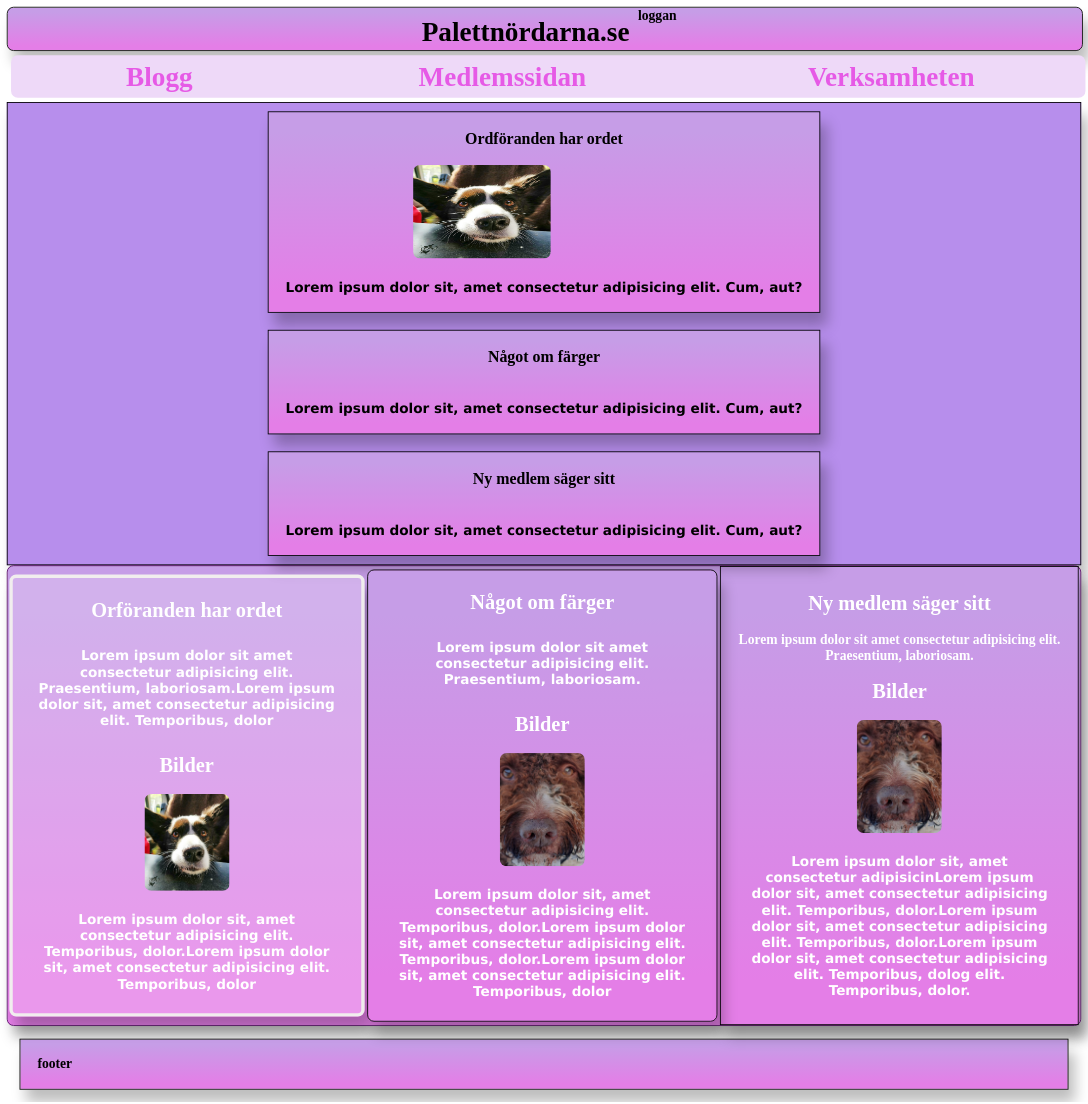
Repository: Webutveckling-20-21/lektion-3-CSS
Page: index.html
The author's editor kept a copy of each file at every save. The page is drawn from the files as they stood at one save, then again after the next save.
The browser window is 1280 px wide. The pictures show the whole page, at 85% of full size.
Some web fonts or font styles are not loaded; a fallback is used.

Above is the page before, as saved 2021-10-02 16:14:46.

### index.html
<!DOCTYPE html>
<html lang="en">

<head>
    <meta charset="UTF-8">
    <meta http-equiv="X-UA-Compatible" content="IE=edge">
    <meta name="viewport" content="width=device-width, initial-scale=1.0">
    <link rel="stylesheet" href="style.css">
    <title>lektion 3</title>
</head>

<body>
    <div class="header">
       <h1>Palettnördarna.se</h1>
       <div class="logo">
           loggan
       </div>

    </div>

    <ul class="navbar">

            <li class="nav-list"> <a href="index.html">Blogg</a></li>
            <li><a href="#">Medlemssidan</a></li>
            <li><a href="#">Verksamheten</a></li>

        </ul>

    <div class="main-center">

        <div class="article1">
            <h3>Ordföranden har ordet</h3>
            <img src="images/ord.jpg" class="thumbnail" height="110" width="110" alt="Bild på ordföranden">
            <p>Lorem ipsum dolor sit, amet consectetur adipisicing elit. Cum, aut?</p>
        </div>
        <div class="article2">
            <h3>Något om färger</h3>
            <p>Lorem ipsum dolor sit, amet consectetur adipisicing elit. Cum, aut?</p>
        </div>
        <div class="article3">
            <h3>Ny medlem säger sitt</h3>
            <p>Lorem ipsum dolor sit, amet consectetur adipisicing elit. Cum, aut?</p>
        </div>
    </div>
    <div class="box">
        <div class="blue">
            <h2>Orföranden har ordet</h2>
            <p>Lorem ipsum dolor sit amet consectetur adipisicing elit. Praesentium, laboriosam.Lorem ipsum dolor sit, amet consectetur adipisicing elit. Temporibus, dolor </p>
            <div class="images">
                <h2>Bilder</h2>
                <img src="images/ord.jpg" alt="bild">
                <p>Lorem ipsum dolor sit, amet consectetur adipisicing elit. Temporibus, dolor.Lorem ipsum dolor sit, amet consectetur adipisicing elit. Temporibus, dolor</p>
            </div>
        </div>
        <div class="green">
            <h2>Något om färger</h2>
            <p>Lorem ipsum dolor sit amet consectetur adipisicing elit. Praesentium, laboriosam. </p>
            <div class="images">
                <h2>Bilder</h2>
                <img src="images/olle.jpg" alt="bild">
                <p>Lorem ipsum dolor sit, amet consectetur adipisicing elit. Temporibus, dolor.Lorem ipsum dolor sit, amet consectetur adipisicing elit. Temporibus, dolor.Lorem ipsum dolor sit, amet consectetur adipisicing elit. Temporibus, dolor</p>
            </div>
        </div>
        <div class="red">
            <h2>Ny medlem säger sitt</h2>
            <div>Lorem ipsum dolor sit amet consectetur adipisicing elit. Praesentium, laboriosam.
                <div class="images">
                    <h2>Bilder</h2>
                    <img src="images/olle.jpg" alt="bild">
                    <p>Lorem ipsum dolor sit, amet consectetur adipisicinLorem ipsum dolor sit, amet consectetur adipisicing elit. Temporibus, dolor.Lorem ipsum dolor sit, amet consectetur adipisicing elit. Temporibus, dolor.Lorem ipsum dolor sit, amet consectetur adipisicing elit. Temporibus, dolog elit. Temporibus, dolor.</p>
                </div>
            </div>
        </div>
    </div>
</body>
<div class="footer-place"> footer</div>





</html>

### style.css
@import url('https://fonts.googleapis.com/css2?family=Grechen+Fuemen&display=swap');

body {
    font-family: 'Grechen Fuemen', cursive;
    font-weight: bolder;
}
.header{
    display:flex;
    width: 100%;
    height:50px;
    border:1px solid black;
    background: linear-gradient(to bottom, #c69de7 10%, #e47ee7 90%);
    box-shadow: 7.6px 15.2px 15.2px hsl(0deg 0% 0% / 0.26);
    border-radius:8px;
    justify-content: center;
}
.header h1 {
    margin:10px;
}

.navbar {
    width: 100%;
    height: 50px;
    display: flex;
    align-items: center;
    justify-content: space-around;
    background-color: #eed9f8;
    margin: 5px;
    border-radius:8px;
}

ul {

    list-style-type: none;
    display: flex;
    margin: 0;
    padding: 0;
    overflow: hidden;
}

.nav-list {
    margin: 5px;
}

a {
    text-decoration: none;
    font-size: 2rem;
    color:rgb(230, 90, 230);

}

a:hover {
    color:rgb(53, 5, 53);
}
.thumbnail:hover {
    position:relative;
    top:-20px;
    left:-30px;
    width:500px;
    height:auto;
    display:block;
    z-index:999;
}
/* <img src="[your hosted image URL]" class="thumbnail" height="100" width="100" />  */



.box {
    background: linear-gradient(to bottom, #c69de7 10%, #e47ee7 90%);
    /* height:200px; */
    display: flex;
    max-width: 100%;
    align-items: center;
    justify-content: center;
    border: 1px solid rgb(86, 5, 102);
    border-radius: 8px;
    flex-wrap: wrap;
    justify-content: center;
    /* opacity: 0.5; */
    box-shadow: 7.6px 15.2px 15.2px hsl(0deg 0% 0% / 0.26);
}

.blue {

   /* background: linear-gradient(to bottom, #c69de7 10%, #e47ee7 90%);*/
    max-width: 400px;
    background-color:rgba(255,255,255,0.2) ;
    margin: auto;
    border: 4px solid rgb(241, 238, 238);
    color: white;
    text-align: center;
    border-radius: 8px;
    justify-content: center;
    padding: 5px;
    box-shadow: 7.6px 15.2px 15.2px hsl(0deg 0% 0% / 0.26);


}

.green {

    background: linear-gradient(to bottom, #c69de7 10%, #e47ee7 90%);
    max-width: 400px;
    margin: auto;
    border: 1px solid black;
    color: white;
    text-align: center;
    border-radius: 8px;
    justify-content: center;
    padding: 5px;
    box-shadow: 7.6px 15.2px 15.2px hsl(0deg 0% 0% / 0.26);


}

.red {

    /*background: linear-gradient(to bottom, #c69de7 10%, #e47ee7 90%);*/
    max-width: 400px;
    margin: auto;
    color: white;
    text-align: center;
    border: 1px solid black;
    background:rgba(255,255,255,0.1)

    border-radius: 8px;
    justify-content: center;
    padding: 10px;
    box-shadow: 7.6px 15.2px 15.2px hsl(0deg 0% 0% / 0.26);

}

img {
    width: 25%;
    border-radius: 8px;
    max-width: 300px;
    margin: auto;
}

h2 {
    justify-content: center;
}

.main-center h3 {
    justify-content: center;
}

.main-center {
    display: flex;
    flex-direction: row;
    flex-wrap: wrap;
    border: 1px solid black;
    align-items: center;
    justify-content: center;
    background-color: rgb(183, 142, 236);
    box-shadow: 7.6px 15.2px 15.2px hsl(0deg 0% 0% / 0.26);
}

.article1{
    margin: 10px;
    border: 1px solid black;
    justify-content: center;
    align-items: center;
    background: linear-gradient(to bottom, #c69de7 10%, #e47ee7 90%);
    box-shadow: 7.6px 15.2px 15.2px hsl(0deg 0% 0% / 0.26);

}
.article1 img {
    border-radius: 8px;
    margin-left: 170px;
}

.article2 {
    margin: 10px;
    border: 1px solid black;
    justify-content: center;
    align-items: center;

    box-shadow: 7.6px 15.2px 15.2px hsl(0deg 0% 0% / 0.26);
    background: linear-gradient(to bottom, #c69de7 10%, #e47ee7 90%);

}

.article3 {
    margin: 10px;
    border: 1px solid black;
    justify-content: center;
    align-items: center;
    background: linear-gradient(to bottom, #c69de7 10%, #e47ee7 90%);
    box-shadow: 7.6px 15.2px 15.2px hsl(0deg 0% 0% / 0.26);
}

h3 {
    margin: auto;
}

p {
    text-align: center;
    margin: 10px;
    padding: 10px;
    font-family: 'Lucida Sans', 'Lucida Sans Regular', 'Lucida Grande', 'Lucida Sans Unicode', Geneva, Verdana, sans-serif;

}

h3 {
    padding: 20px;
    text-align: center;
}

.footer-place {
    padding: 20px;
    margin: 15px;
    border: 1px solid black;
    background: linear-gradient(to bottom, #c69de7 10%, #e47ee7 90%);
    box-shadow: 7.6px 15.2px 15.2px hsl(0deg 0% 0% / 0.26);
}

After the next save:
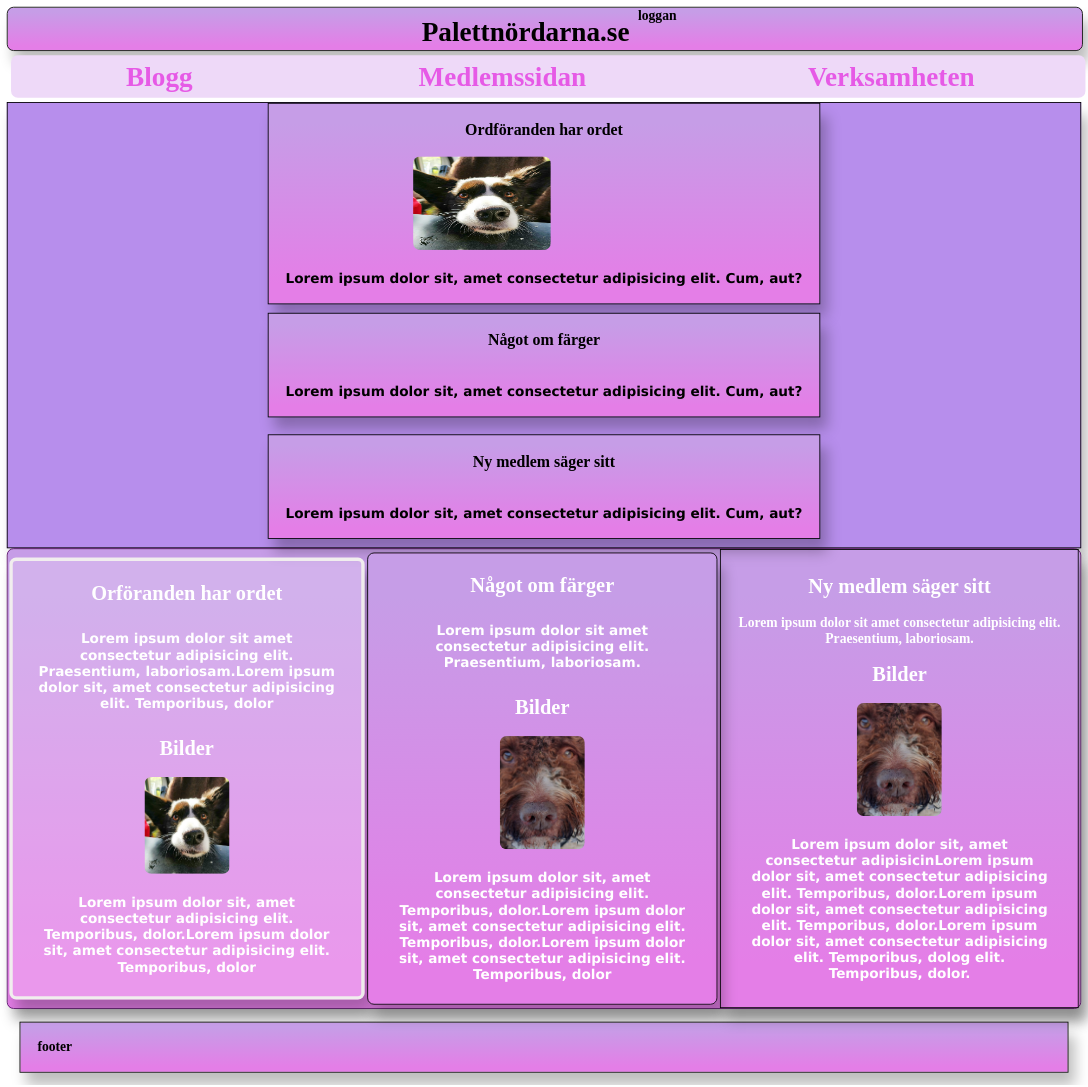
Saved 63 s later.
--- a/style.css
+++ b/style.css
@@ -157,7 +157,7 @@ h2 {
 }
 
 .article1{
-    margin: 10px;
+    margin: auto;
     border: 1px solid black;
     justify-content: center;
     align-items: center;
